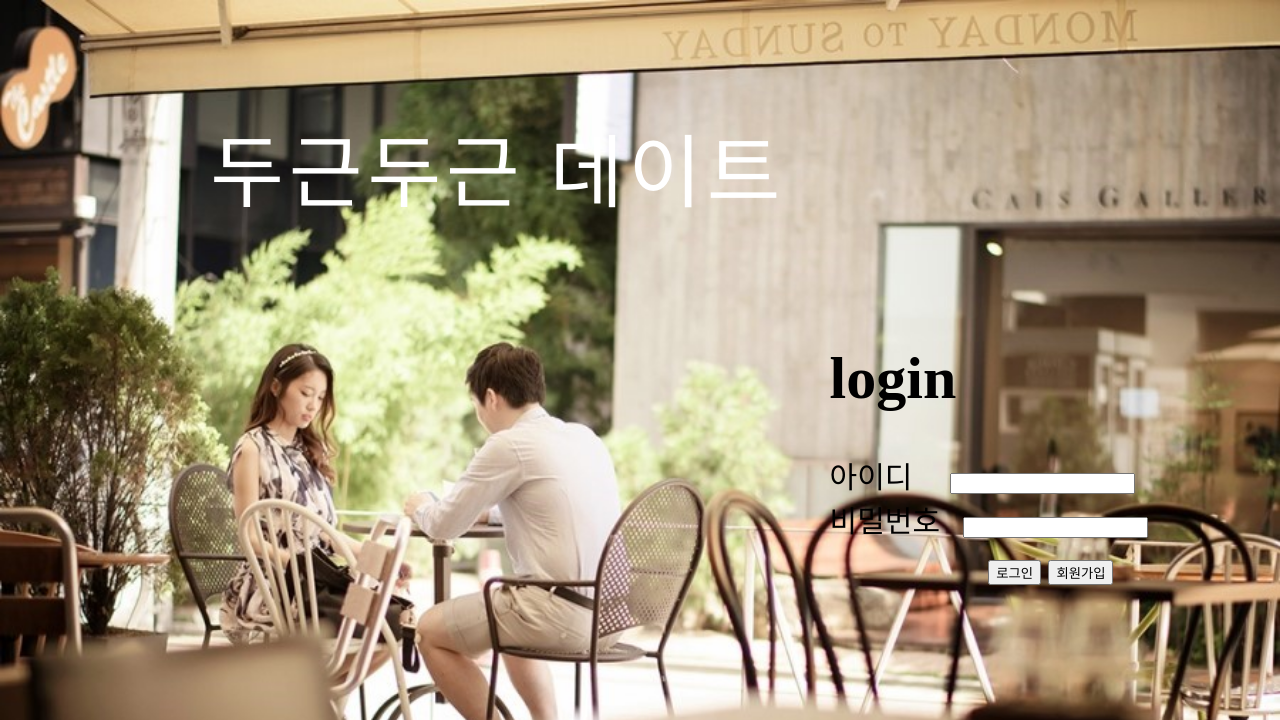
Repository: pinokio531/date_application
Page: http://localhost/doogeunDate/indexPage.jsp
The author's editor kept a copy of each file at every save. The page is drawn from the files as they stood at one save, then again after the next save.
The browser window is 1280 px wide. The pictures show the whole page.
Some web fonts or font styles are not loaded; a fallback is used. The page is served by Tomcat 9.

Above is the page before, as saved 2019-06-04 10:13:08.

### doogeunDate/WebContent/indexPage.jsp
<%@ page language="java" contentType="text/html; charset=UTF-8"
    pageEncoding="UTF-8"%>
<%@ page errorPage = "error/errorpage.jsp" %>
<html lang="en">

<head>
	<link href="https://fonts.googleapis.com/css?family=Nanum+Brush+Script&display=swap" rel="stylesheet">
	<meta charset="EUC-KR">
	<meta http-equiv="X-UA-Compatible" content="ie=edge">
	<title>Document</title>
	<link rel="stylesheet" type="text/css" href="style/index.css" />
</head>

<body>
	<div id="header">
		<p id="pp">두근두근 데이트</p>
	</div>
	<div id="container">
		<form action="f_login.jsp" method="post">
			<div class="login">
					<h1>login</h1>
					아이디 &nbsp;&nbsp;&nbsp; <input name="id"><br>
					비밀번호 &nbsp;&nbsp;<input name="passwd"><br>

					<div class="button">
						<input type="submit" value="로그인">
						<input type="button" value="회원가입" onclick="location.href='joinPage.jsp'"><br>
					</div>
				</div>
		</form>
	</div>
</body>

</html>

### doogeunDate/WebContent/style/index.css
body{
    background-image:url(../asset/background.jpg);
    background-size: 100%;
}

#header{
    margin-left: 16%;
    padding-top: 20px;
    font-family: 'Nanum Brush Script', cursive;
    font-size: 60pt;
    letter-spacing: 5px;
    color: white;
}


.footer{
    text-align: center;
    font-size: 13pt;
    background-color: white;
}

.login{
    float: right;
    width: 35%;
    font-family: 'Nanum Brush Script', cursive;
    font-size: 30px;
}

.button{
    margin: 10px;
    text-align:center;
}

.footer p {
	color: pink;
    font-weight: bold;
}

After the next save:
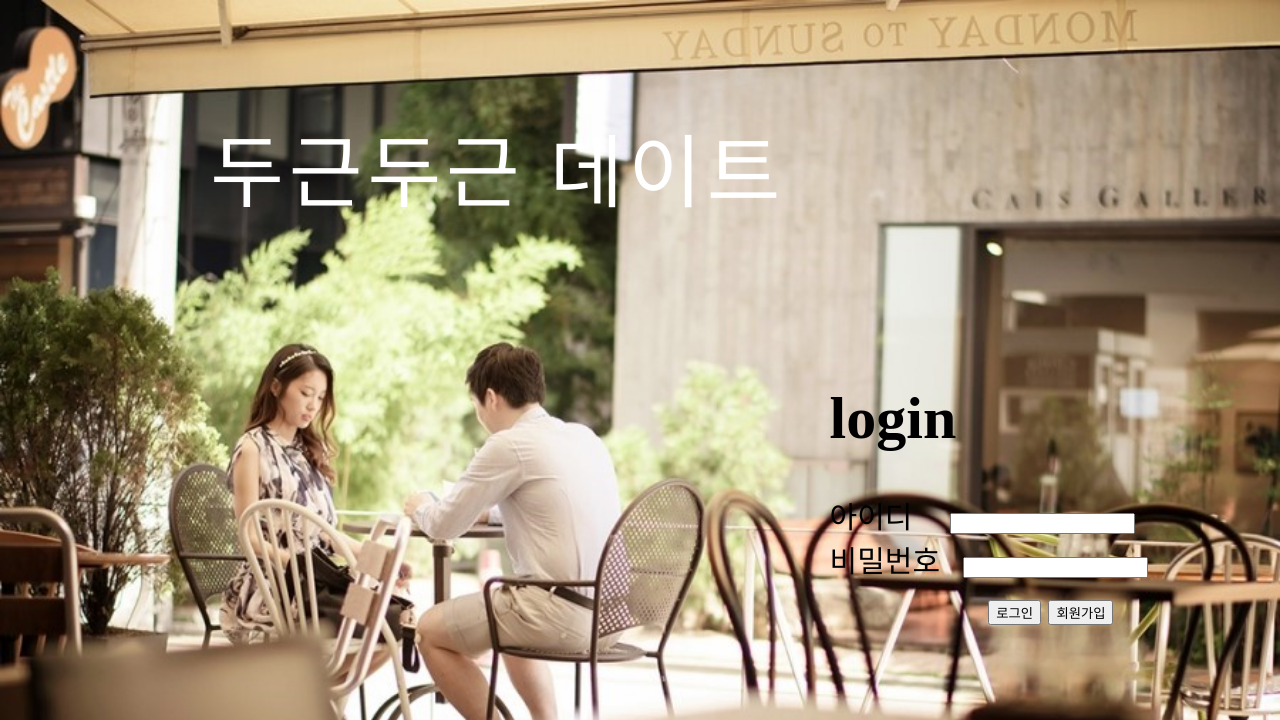
Saved 22 s later.
--- a/doogeunDate/WebContent/style/index.css
+++ b/doogeunDate/WebContent/style/index.css
@@ -10,6 +10,10 @@ body{
     font-size: 60pt;
     letter-spacing: 5px;
     color: white;
+}
+
+#pp{
+	padding-bottom:40px;
 }
 
 
